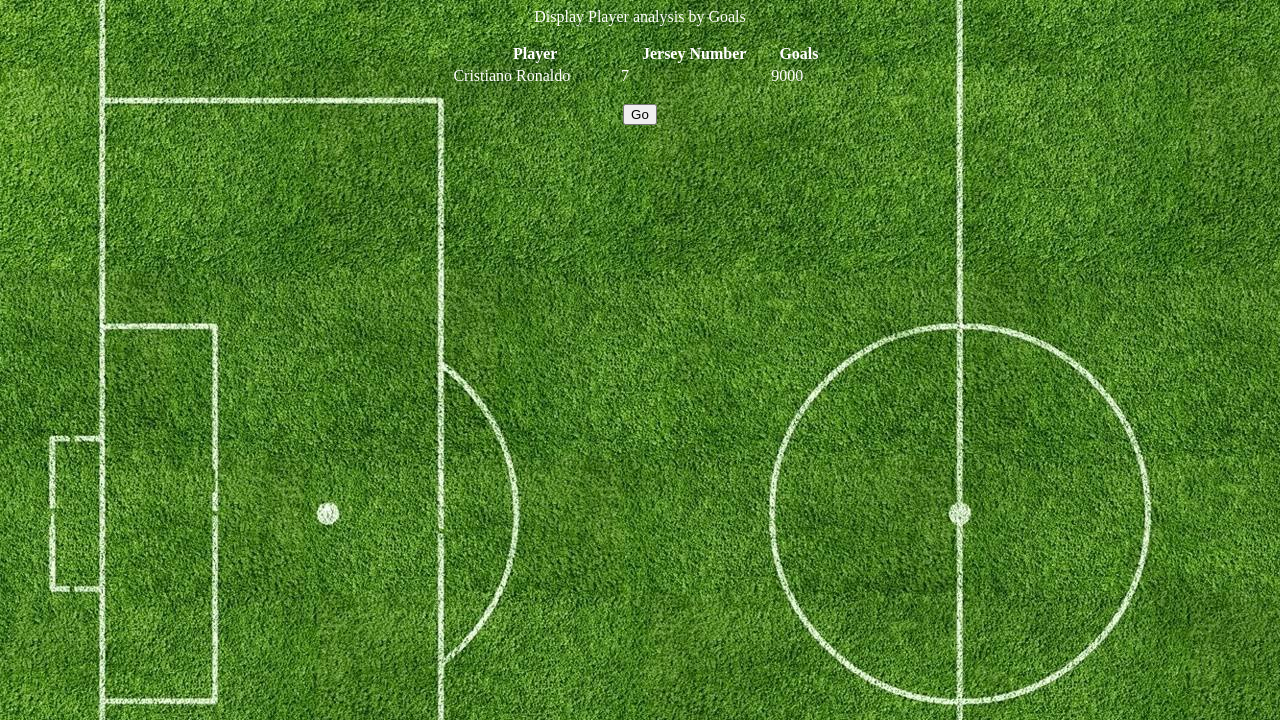
Repository: FredGlozman/SwiftScore
Page: SwiftScore/PlayerAnalysisMode.html
The author's editor kept a copy of each file at every save. The page is drawn from the files as they stood at one save, then again after the next save.
The browser window is 1280 px wide. The pictures show the whole page.

Above is the page before, as saved 2015-12-02 18:46:47.

### SwiftScore/PlayerAnalysisMode.html
<html>
<style>
p, font, th, td {
color: white;
}
</style>
	<head>
		<title>League Analysis Mode</title>
	</head>
		<body background="soccer.jpg">
		<center>
			<p>
				<font>Display Player analysis by Goals</font>
			</p>
			<p>
	<table style="width:30%" >
 		<tr>
    		<font><th>Player</th>
    		<th>Jersey Number</th>
    		<th>Goals</th></font>
  		</tr>
  		<tr>
    		<font><td>Cristiano Ronaldo</td>
    		<td>7</td>
    		<td>9000</td></font>
  		</tr>
	</table>

			</p>
			<input type= "submit" value= "Go">
			</center>
		</body>
</html>

After the next save:
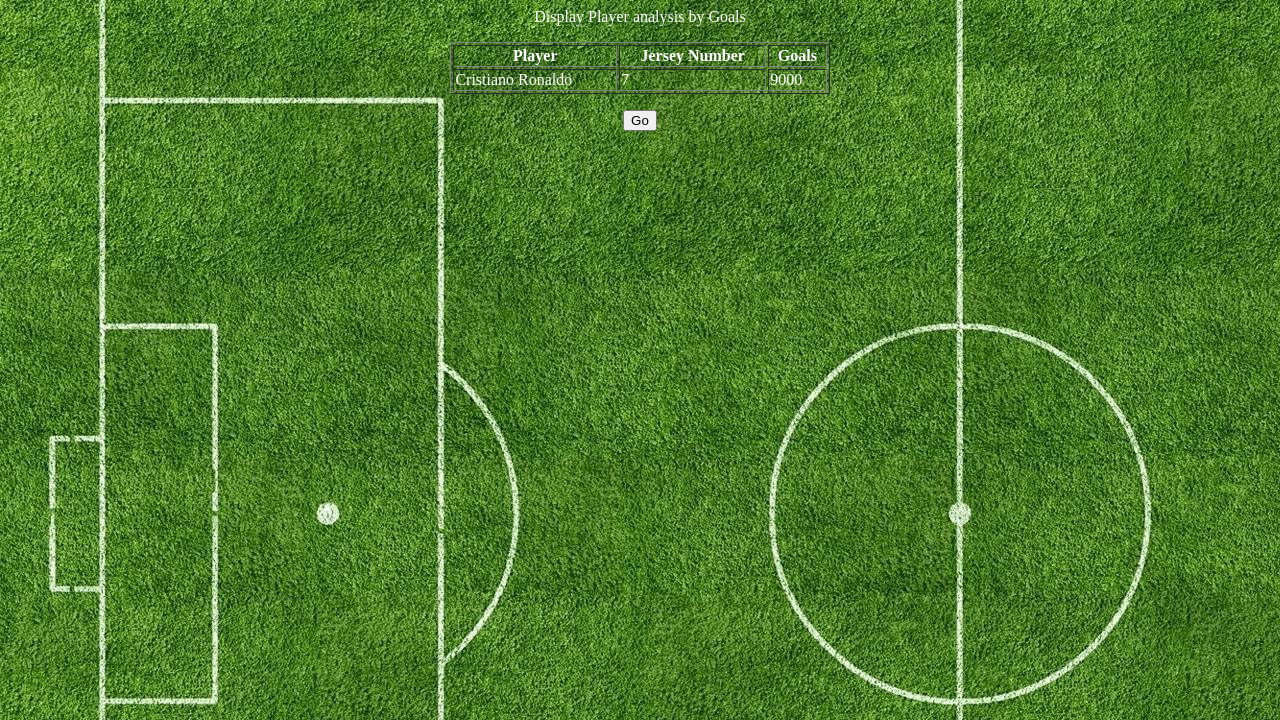
Saved 32 s later.
--- a/SwiftScore/PlayerAnalysisMode.html
+++ b/SwiftScore/PlayerAnalysisMode.html
@@ -13,7 +13,7 @@ color: white;
 				<font>Display Player analysis by Goals</font>
 			</p>
 			<p>
-	<table style="width:30%" >
+	<table style="width:30%" border="1">
  		<tr>
     		<font><th>Player</th>
     		<th>Jersey Number</th>
